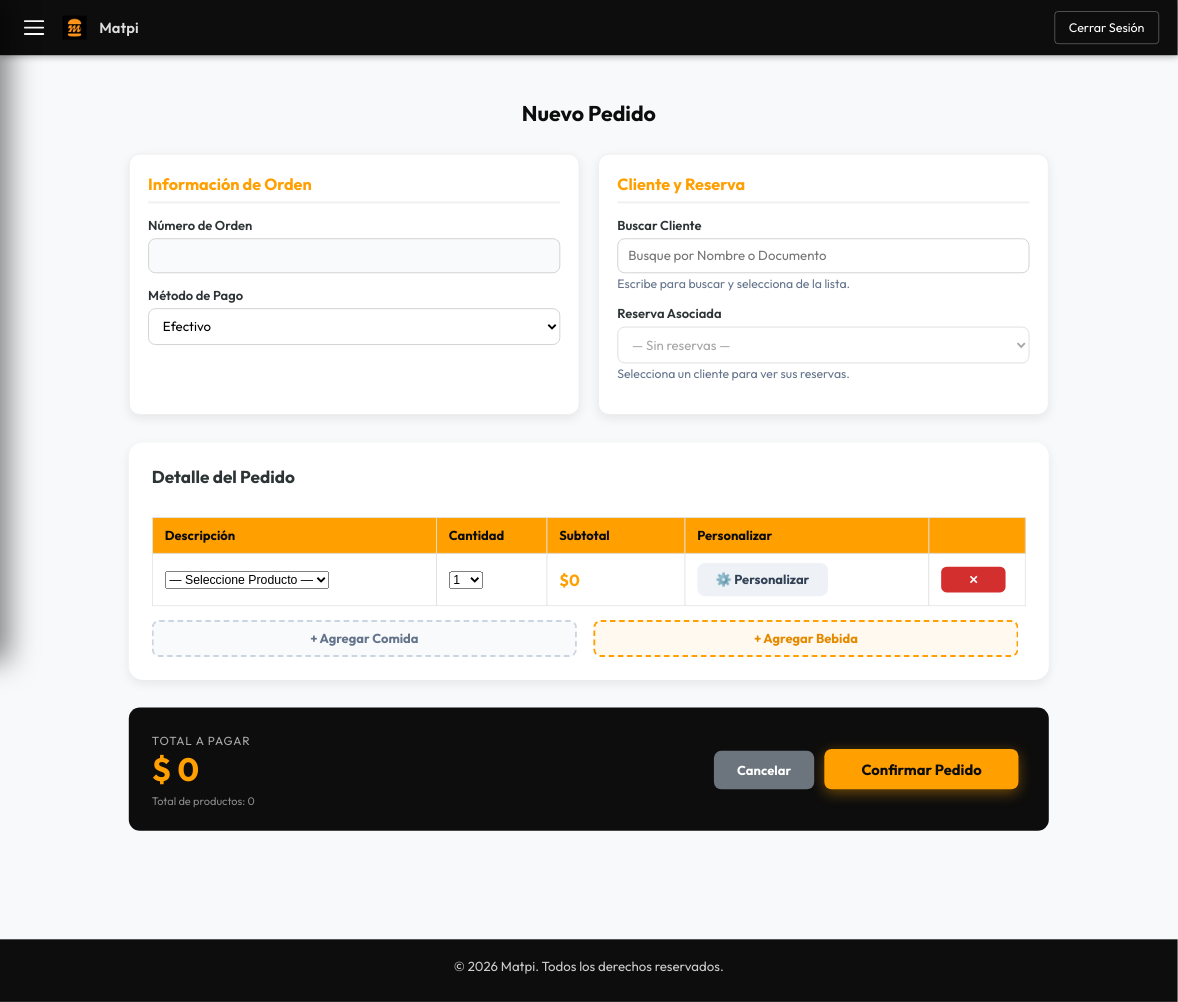
Repository: JuanFelipeNieto/MATPI-Python
Page: MATPI/Pedidos/templates/pedidos/registrar.html
An editor plug-in stored every save of this project. The page is shown before and after a run of saves, followed by the edit.
The browser window is 1280 px wide. The pictures show the whole page, at 92% of full size.
The template is drawn by Django 5.2. The application's start-up code is not run. Other server files are loaded and not shown. The template is opened directly, without the code that normally fills it, so the values that code supplies are empty.

Above is the page before, as saved 2026-03-17 19:41:06.

### MATPI/Pedidos/templates/pedidos/registrar.html
{% extends 'base.html' %}

{% block title %}Registrar Pedido — Matpi{% endblock %}

{% block extra_css %}
<style>
    .order-grid {
        display: grid;
        grid-template-columns: repeat(auto-fit, minmax(300px, 1fr));
        gap: 20px;
        margin-bottom: 30px;
    }
    .order-card {
        background: #fff;
        padding: 20px;
        border-radius: 12px;
        box-shadow: var(--shadow);
        border: 1px solid #eee;
    }
    .order-card h3 {
        font-size: 1.1rem;
        margin-bottom: 15px;
        color: var(--primary);
        border-bottom: 2px solid #f0f0f0;
        padding-bottom: 8px;
    }
    .products-section {
        background: #fff;
        padding: 25px;
        border-radius: 15px;
        box-shadow: var(--shadow);
        margin-bottom: 30px;
    }
    .total-banner {
        background: var(--black);
        color: var(--white);
        padding: 25px;
        border-radius: 12px;
        display: flex;
        justify-content: space-between;
        align-items: center;
        margin-bottom: 30px;
    }
    .total-banner h2 {
        margin: 0;
        color: var(--primary);
        font-size: 2.2rem;
    }
    .btn-detalles {
        background: #eef2f7;
        color: #334155;
    }
    .btn-detalles:hover {
        background: #e2e8f0;
    }
    .exclusion-item {
        display: flex;
        align-items: center;
        gap: 8px;
        padding: 6px 10px;
        background: #fff;
        border: 1px solid #e2e8f0;
        border-radius: 6px;
        margin-bottom: 4px;
        cursor: pointer;
        transition: all 0.2s;
    }
    .exclusion-item:hover {
        border-color: var(--primary);
    }
    .exclusion-item input {
        width: auto !important;
        margin: 0;
    }
    .fila-bebida {
        background-color: #fff9f0 !important;
    }
    .subtotal-fila {
        color: var(--primary);
        font-weight: 700;
    }
    .readonly-field {
        background-color: #f8fafc !important;
        font-weight: bold;
        color: var(--primary) !important;
    }
</style>
{% endblock %}

{% block content %}
<div class="formulario-seccion" style="max-width: 1000px; padding: 0; background: transparent; box-shadow: none;">
    <h1 style="margin-bottom: 30px;">Nuevo Pedido</h1>

    <form method="POST" action="{% url 'registrar_pedido' %}" id="order-form">
        {% csrf_token %}

        <div class="order-grid">
            <!-- Información General -->
            <div class="order-card">
                <h3>Información de Orden</h3>
                <div class="form-group">
                    <label for="txt_numero_orden">Número de Orden</label>
                    <input type="number" id="txt_numero_orden" name="txt_numero_orden" value="{{ prox_orden }}" readonly class="readonly-field">
                </div>
                <div class="form-group">
                    <label for="txt_metodo_pago">Método de Pago</label>
                    <select id="txt_metodo_pago" name="txt_metodo_pago" required>
                        <option value="Efectivo">Efectivo</option>
                        <option value="Tarjeta Débito">Tarjeta Débito</option>
                        <option value="Tarjeta Crédito">Tarjeta Crédito</option>
                        <option value="Nequi">Nequi</option>
                        <option value="Daviplata">Daviplata</option>
                        <option value="PSE">PSE</option>
                    </select>
                </div>
            </div>

            <!-- Cliente y Reserva -->
            <div class="order-card">
                <h3>Cliente y Reserva</h3>
                <div class="form-group">
                    <label for="txt_cliente_search">Buscar Cliente</label>
                    <input type="text" id="txt_cliente_search" list="clientes_list" name="txt_cliente_text" placeholder="Busque por Nombre o Documento" autocomplete="off" oninput="validarYFiltrarReservas(this.value)">
                    <datalist id="clientes_list">
                        {% for cliente in clientes %}
                        <option value="{{ cliente.nombre_completo }} ({{ cliente.id }})">
                        {% endfor %}
                    </datalist>
                    <small style="color: #64748b;">Escribe para buscar y selecciona de la lista.</small>
                </div>
                <div class="form-group">
                    <label for="txt_reserva">Reserva Asociada</label>
                    <select id="txt_reserva" name="txt_reserva" disabled>
                        <option value="">— Sin reservas —</option>
                        {% for reserva in reservas %}
                        <option value="{{ reserva.id }}" data-cliente="{{ reserva.cliente.id }}" style="display: none;">
                            Reserva #{{ reserva.id }} ({{ reserva.fecha|date:"d/m/Y" }})
                        </option>
                        {% endfor %}
                    </select>
                    <small id="reserva-help" style="color: #64748b;">Selecciona un cliente para ver sus reservas.</small>
                </div>
            </div>
        </div>

        <!-- Productos -->
        <div class="products-section">
            <h3 style="margin-bottom: 20px; font-weight: bold;">Detalle del Pedido</h3>
            <div class="table-responsive">
                <table class="custom-table" id="tabla-productos">
                    <thead>
                        <tr style="background: #f8fafc;">
                            <th>Descripción</th>
                            <th style="width: 120px;">Cantidad</th>
                            <th style="width: 150px;">Subtotal</th>
                            <th>Personalizar</th>
                            <th style="width: 50px;"></th>
                        </tr>
                    </thead>
                    <tbody id="body-productos">
                        <tr class="fila-producto" data-indice="0" data-tipo="producto">
                            <td>
                                <select name="producto_id[]" class="form-control select-producto" required onchange="actualizarComposicion_y_Precio(this)">
                                    <option value="">— Seleccione Producto —</option>
                                    {% for producto in productos %}
                                        {% if producto.categoria != 'Bebidas' %}
                                        <option value="{{ producto.id }}" data-precio="{{ producto.precio }}" data-composicion='{{ producto.composicion_json|safe }}'>
                                            {{ producto.nombre_producto }}
                                        </option>
                                        {% endif %}
                                    {% endfor %}
                                </select>
                            </td>
                            <td>
                                <select name="producto_cantidad[]" class="form-control select-cantidad" onchange="calcularTotal()">
                                    {% for i in "123456789"|make_list %}<option value="{{ forloop.counter }}">{{ forloop.counter }}</option>{% endfor %}
                                    <option value="10">10</option>
                                    <option value="15">15</option>
                                    <option value="20">20</option>
                                </select>
                            </td>
                            <td class="subtotal-fila" style="font-size: 1.1rem;">$0</td>
                            <td>
                                <button type="button" class="btn btn-detalles btn-sm" onclick="toggleDetalles(this)">
                                    ⚙️ Personalizar
                                </button>
                                <div class="detalles-producto" style="display: none; margin-top: 10px; background: #f8fafc; padding: 15px; border-radius: 8px; border: 1px solid #e2e8f0;">
                                    <p style="font-size: 0.85rem; font-weight: 600; margin-bottom: 8px; color: #64748b;">REMOVER INGREDIENTES:</p>
                                    <div class="lista-exclusiones"></div>
                                    <div style="margin-top: 12px;">
                                        <label style="font-size: 0.85rem; font-weight: 600; color: #64748b;">NOTAS:</label>
                                        <textarea name="producto_notas_0" class="form-control" rows="1" placeholder="Ej: término medio..."></textarea>
                                    </div>
                                </div>
                            </td>
                            <td>
                                <button type="button" class="btn btn-danger btn-sm" onclick="eliminarFilaProducto(this)" title="Borrar">✕</button>
                            </td>
                        </tr>
                    </tbody>
                </table>
            </div>

            <div style="display: flex; gap: 10px; margin-top: 15px;">
                <button type="button" class="btn btn-azul" onclick="agregarFilaProducto()" style="flex: 1; background: #f8fafc; border: 2px dashed #cbd5e1; color: #64748b;">
                    + Agregar Comida
                </button>
                <button type="button" class="btn btn-azul" onclick="agregarFilaBebida()" style="flex: 1; background: #fff9f0; border: 2px dashed #ff9f00; color: #e68a00;">
                    + Agregar Bebida
                </button>
            </div>
        </div>

        <!-- Total y Acciones -->
        <div class="total-banner">
            <div>
                <span style="text-transform: uppercase; font-size: 0.8rem; letter-spacing: 1px; color: #aaa;">Total a Pagar</span>
                <h2 id="valor-total-display">$0</h2>
                <p style="font-size: 0.75rem; color: #888; margin-top: 5px;">Total de productos: <span id="span-total-items">0</span></p>
            </div>
            <div>
                <a href="{% url 'listar_pedidos' %}" class="btn btn-cancelar" style="padding: 12px 25px;">Cancelar</a>
                <button type="submit" class="btn btn-guardar" style="padding: 12px 40px; font-size: 1rem; box-shadow: 0 4px 15px var(--primary-glow);">
                    Confirmar Pedido
                </button>
            </div>
            <input type="hidden" id="txt_valor" name="txt_valor" value="0">
        </div>
    </form>
</div>

<!-- Template Oculto para Bebidas -->
<div id="select-bebidas-html" style="display: none;">
    <select name="producto_id[]" class="form-control select-producto" required onchange="actualizarComposicion_y_Precio(this)">
        <option value="">— Seleccione Bebida —</option>
        {% for bebida in bebidas %}
        <option value="{{ bebida.id }}" data-precio="{{ bebida.precio }}" data-composicion='[]'>
            {{ bebida.nombre_producto }}
        </option>
        {% endfor %}
    </select>
</div>

<script>
    let contadorFilas = 1;
    const formatter = new Intl.NumberFormat('es-CO', {
        style: 'currency',
        currency: 'COP',
        minimumFractionDigits: 0
    });

    function validarYFiltrarReservas(valor) {
        // Buscar el ID en el formato "Nombre (ID)"
        const match = valor.match(/\((\d+)\)$/);
        if (match) {
            const clienteId = match[1];
            filtrarReservas(clienteId);
        } else {
            // Si el texto no coincide con el formato, limpiamos el filtro de reservas
            filtrarReservas(null);
        }
    }

    function filtrarReservas(clienteId) {
        const selectReserva = document.getElementById('txt_reserva');
        const opciones = selectReserva.options;
        let encontradas = 0;

        // Resetear select
        selectReserva.value = "";

        if (!clienteId) {
            selectReserva.disabled = true;
            for (let i = 1; i < opciones.length; i++) {
                opciones[i].style.display = 'none';
            }
            document.getElementById('reserva-help').innerText = "Selecciona un cliente para ver sus reservas.";
            return;
        }

        for (let i = 1; i < opciones.length; i++) {
            const idC = opciones[i].getAttribute('data-cliente');
            if (idC === clienteId) {
                opciones[i].style.display = 'block';
                encontradas++;
            } else {
                opciones[i].style.display = 'none';
            }
        }

        if (encontradas > 0) {
            selectReserva.disabled = false;
            document.getElementById('reserva-help').innerText = `Se encontraron ${encontradas} reserva(s) para este cliente.`;
        } else {
            selectReserva.disabled = true;
            document.getElementById('reserva-help').innerText = "Este cliente no tiene reservas activas.";
        }
    }

    function agregarFilaProducto() {
        const tbody = document.getElementById('body-productos');
        const filasProds = tbody.querySelectorAll('.fila-producto[data-tipo="producto"]');
        if (filasProds.length === 0) return;

        const nuevaFila = filasProds[0].cloneNode(true);
        resetearFila(nuevaFila, "producto");
        tbody.appendChild(nuevaFila);
    }

    function agregarFilaBebida() {
        const tbody = document.getElementById('body-productos');
        const filasProds = tbody.querySelectorAll('.fila-producto[data-tipo="producto"]');
        if (filasProds.length === 0) return;

        const nuevaFila = filasProds[0].cloneNode(true);
        nuevaFila.classList.add('fila-bebida');
        nuevaFila.setAttribute('data-tipo', 'bebida');

        const tdDesc = nuevaFila.querySelector('td:first-child');
        tdDesc.innerHTML = document.getElementById('select-bebidas-html').innerHTML;
        nuevaFila.querySelector('.btn-detalles').style.display = "none";

        resetearFila(nuevaFila, "bebida");
        tbody.appendChild(nuevaFila);
    }

    function resetearFila(fila, tipo) {
        const select = fila.querySelector('.select-producto');
        const selectCant = fila.querySelector('.select-cantidad');
        const subtotal = fila.querySelector('.subtotal-fila');
        const listaExcl = fila.querySelector('.lista-exclusiones');
        const notas = fila.querySelector('textarea');
        const divDetalles = fila.querySelector('.detalles-producto');

        select.value = "";
        selectCant.value = "1";
        subtotal.innerText = "$0";
        if(listaExcl) listaExcl.innerHTML = "";
        if(divDetalles) divDetalles.style.display = "none";

        const nuevoIndice = contadorFilas++;
        fila.setAttribute('data-indice', nuevoIndice);
        fila.querySelector('textarea')?.setAttribute('name', `producto_notas_${nuevoIndice}`);
        if(notas) notas.value = "";

        calcularTotal();
    }

    function eliminarFilaProducto(boton) {
        const tbody = document.getElementById('body-productos');
        if (tbody.rows.length > 1) {
            boton.closest('tr').remove();
            calcularTotal();
        } else {
            alert("El pedido debe tener al menos un item.");
        }
    }

    function toggleDetalles(boton) {
        const div = boton.nextElementSibling;
        div.style.display = (div.style.display === "none") ? "block" : "none";
        boton.innerText = (div.style.display === "none") ? "⚙️ Personalizar" : "🔼 Cerrar";
    }

    function actualizarComposicion_y_Precio(selectElement) {
        const fila = selectElement.closest('tr');
        const opcion = selectElement.options[selectElement.selectedIndex];
        const listaExcl = fila.querySelector('.lista-exclusiones');
        const indice = fila.getAttribute('data-indice') || 0;

        if (opcion.value && listaExcl) {
            const composicion = JSON.parse(opcion.getAttribute('data-composicion') || "[]");
            let html = "";
            composicion.forEach(mp => {
                html += `
                    <label class="exclusion-item">
                        <input type="checkbox" name="producto_exclusiones_${indice}[]" value="${mp.id}">
                        <span>Sin ${mp.nombre}</span>
                    </label>
                `;
            });
            listaExcl.innerHTML = html || "<p style='font-size: 0.8rem; color: #94a3b8;'>Sin ingredientes modificables.</p>";
        } else if(listaExcl) {
            listaExcl.innerHTML = "";
        }

        calcularTotal();
    }

    function calcularTotal() {
        let totalGeneral = 0;
        let totalItems = 0;
        const filas = document.querySelectorAll('.fila-producto');

        filas.forEach(fila => {
            const select = fila.querySelector('.select-producto');
            const selectCant = fila.querySelector('.select-cantidad');
            const subtotalFila = fila.querySelector('.subtotal-fila');

            const seleccionada = select.options[select.selectedIndex];
            if (seleccionada && seleccionada.value) {
                const precio = parseFloat(seleccionada.getAttribute('data-precio') || 0);
                const cantidad = parseInt(selectCant.value || 0);
                const totalFila = precio * cantidad;

                subtotalFila.innerText = formatter.format(totalFila);
                totalGeneral += totalFila;
                totalItems += cantidad;
            } else {
                subtotalFila.innerText = "$0";
            }
        });

        const displayTotal = document.getElementById('valor-total-display');
        displayTotal.innerText = formatter.format(totalGeneral);
        document.getElementById('txt_valor').value = totalGeneral;
        document.getElementById('span-total-items').innerText = totalItems;
    }

    document.getElementById('body-productos').addEventListener('change', function(e) {
        if (e.target.classList.contains('select-producto') || e.target.classList.contains('select-cantidad')) {
            calcularTotal();
        }
    });

    window.onload = calcularTotal;
</script>
{% endblock %}

Loaded but not shown: MATPI/static/css/matpi.css (795 lines, source omitted); MATPI/templates/base.html (178 lines, source omitted)

After the next 3 saves:
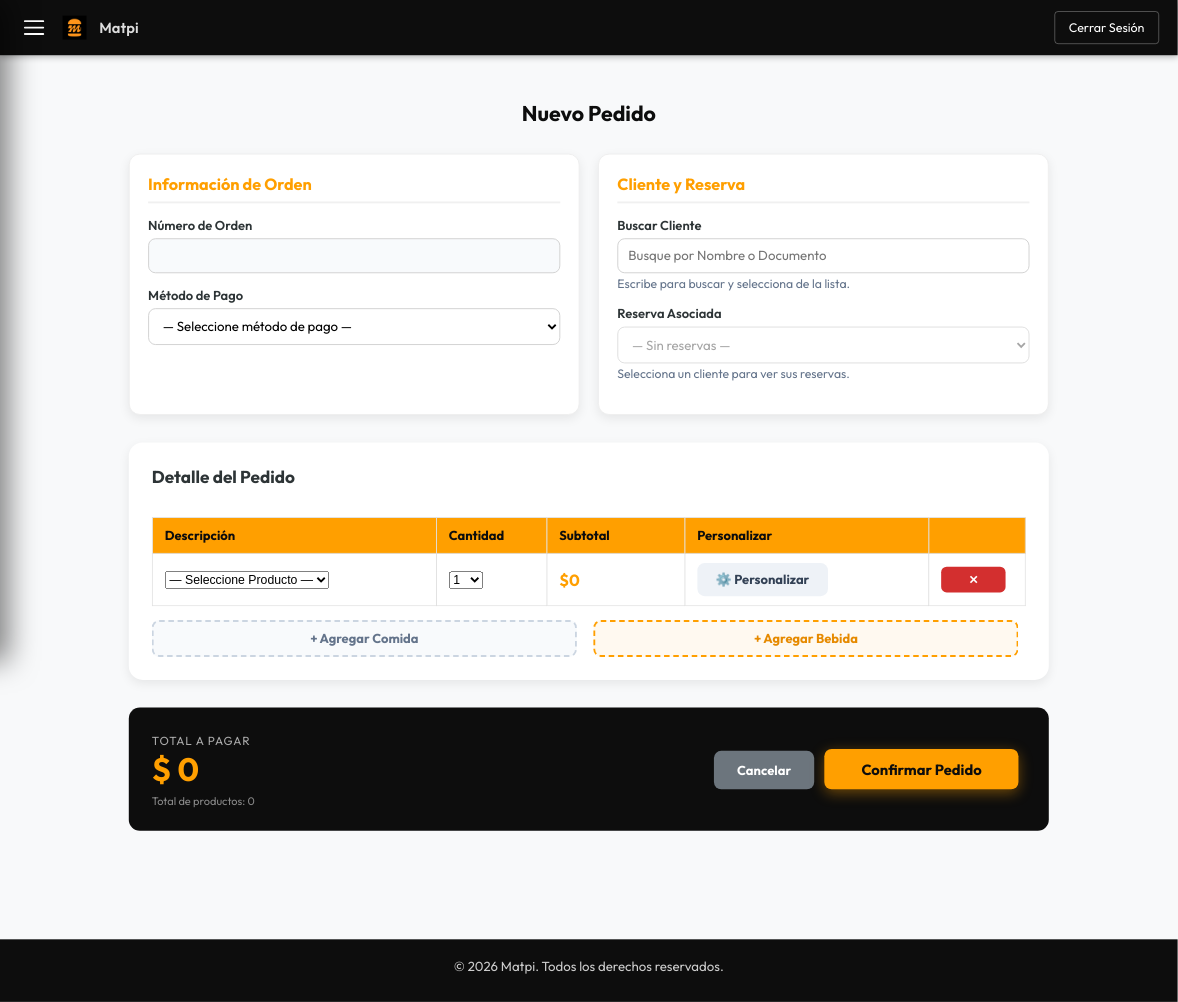
The 3 saves are shown as one change because they came seconds apart.
The last was saved 5 min 51 s later.
--- a/MATPI/Pedidos/templates/pedidos/registrar.html
+++ b/MATPI/Pedidos/templates/pedidos/registrar.html
@@ -105,6 +105,7 @@
                 <div class="form-group">
                     <label for="txt_metodo_pago">Método de Pago</label>
                     <select id="txt_metodo_pago" name="txt_metodo_pago" required>
+                        <option value="" disabled selected>— Seleccione método de pago —</option>
                         <option value="Efectivo">Efectivo</option>
                         <option value="Tarjeta Débito">Tarjeta Débito</option>
                         <option value="Tarjeta Crédito">Tarjeta Crédito</option>
@@ -189,7 +190,7 @@
                                     <div class="lista-exclusiones"></div>
                                     <div style="margin-top: 12px;">
                                         <label style="font-size: 0.85rem; font-weight: 600; color: #64748b;">NOTAS:</label>
-                                        <textarea name="producto_notas_0" class="form-control" rows="1" placeholder="Ej: término medio..."></textarea>
+                                        <textarea name="producto_notas_0" class="form-control" rows="2"></textarea>
                                     </div>
                                 </div>
                             </td>
